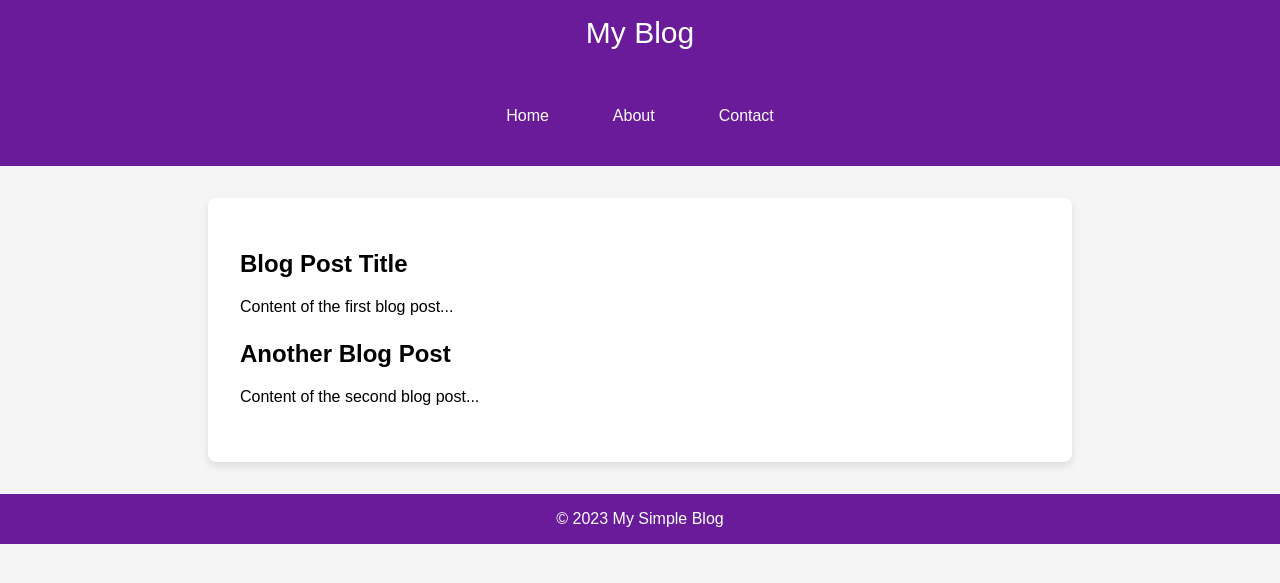
Repository: Femi007-gh/BLOG
Page: index.html
An editor plug-in stored every save of this project. The page is shown before and after the next save, followed by the edit.
The browser window is 1280 px wide. The pictures show the whole page.

Above is the page before, as saved 2025-01-08 09:31:12.

After the next save:
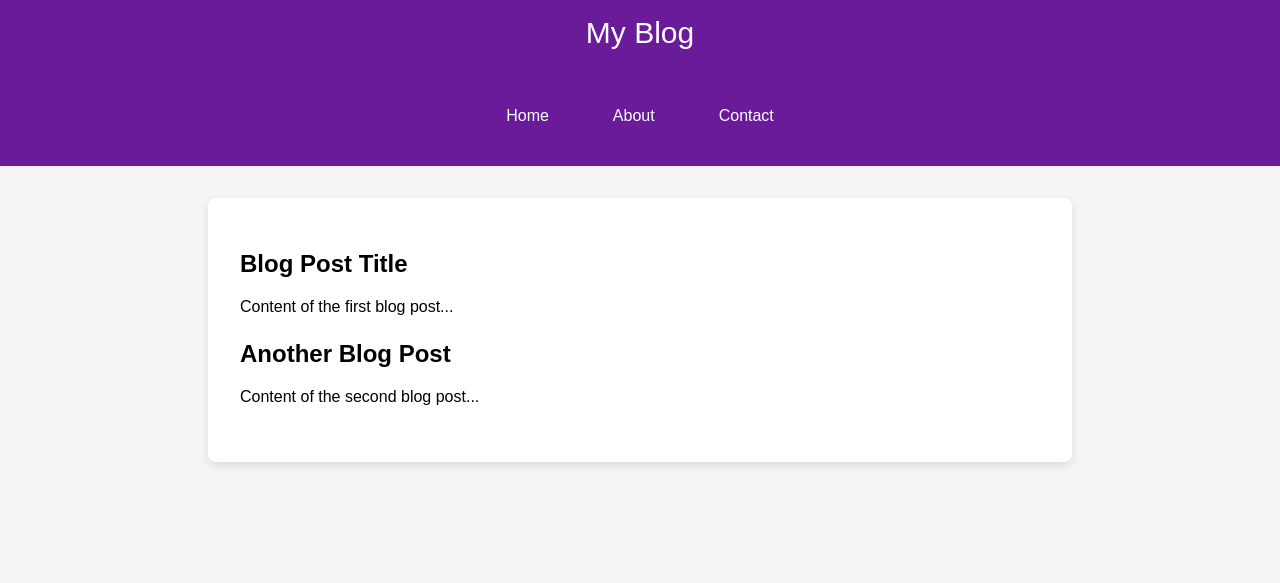
Saved 8 min 40 s later.
--- a/index.html
+++ b/index.html
@@ -22,8 +22,6 @@
         <p>Content of the second blog post...</p>
       </div>
     </div>
-    <footer>
-      &copy; 2023 My Simple Blog
-    </footer>
+
   </body>
   </html>
